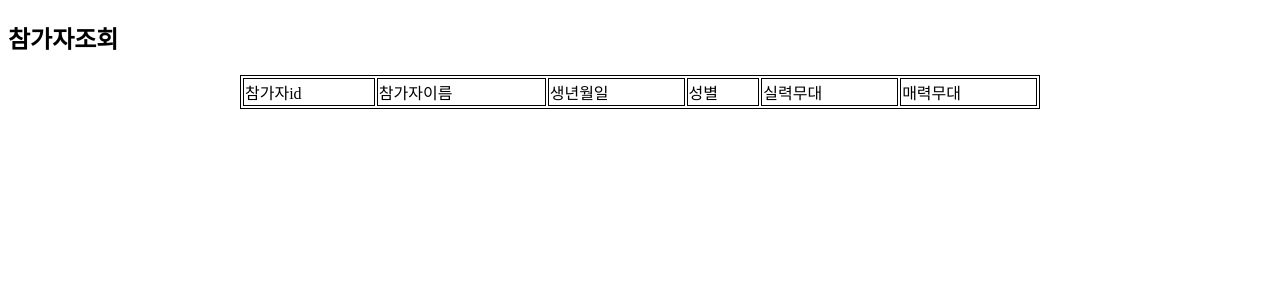
Repository: mvcfvsgdj/javaee
Page: http://localhost/prj0829/콘서트참가자점수조회.jsp
An editor plug-in stored every save of this project. The page is shown before and after the next save, followed by the edit.
The browser window is 1280 px wide. The pictures show the whole page.
The page is served by Tomcat 9. Queries for data that is not in the repository find no rows.

Above is the page before, as saved 2023-08-28 07:58:06.

After the next save:
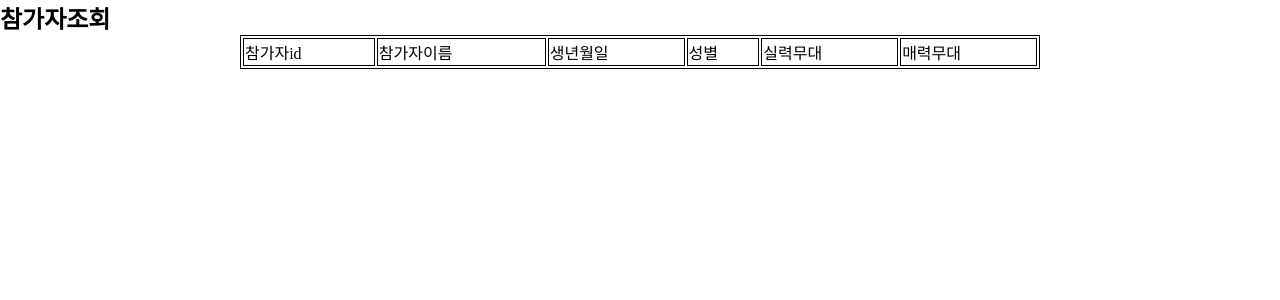
Saved 14 s later.
--- a/prj0829/src/main/webapp/css/콘서트.css
+++ b/prj0829/src/main/webapp/css/콘서트.css
@@ -1,5 +1,8 @@
 @charset "UTF-8";
 
+*{
+	margin: 0 auto;
+}
 table{
 	width: 800px;
 	border:1px solid black;

After the 2 saves that followed:
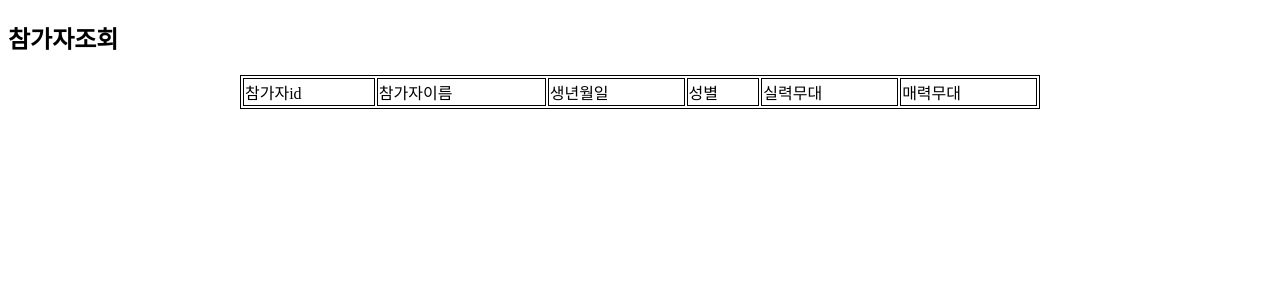
The 2 saves are shown as one change because 1 left the picture as it was.
The last was saved 107 s later.
--- a/prj0829/src/main/webapp/css/콘서트.css
+++ b/prj0829/src/main/webapp/css/콘서트.css
@@ -1,7 +1,9 @@
 @charset "UTF-8";
 
-*{
+
+header{
 	margin: 0 auto;
+
 }
 table{
 	width: 800px;
